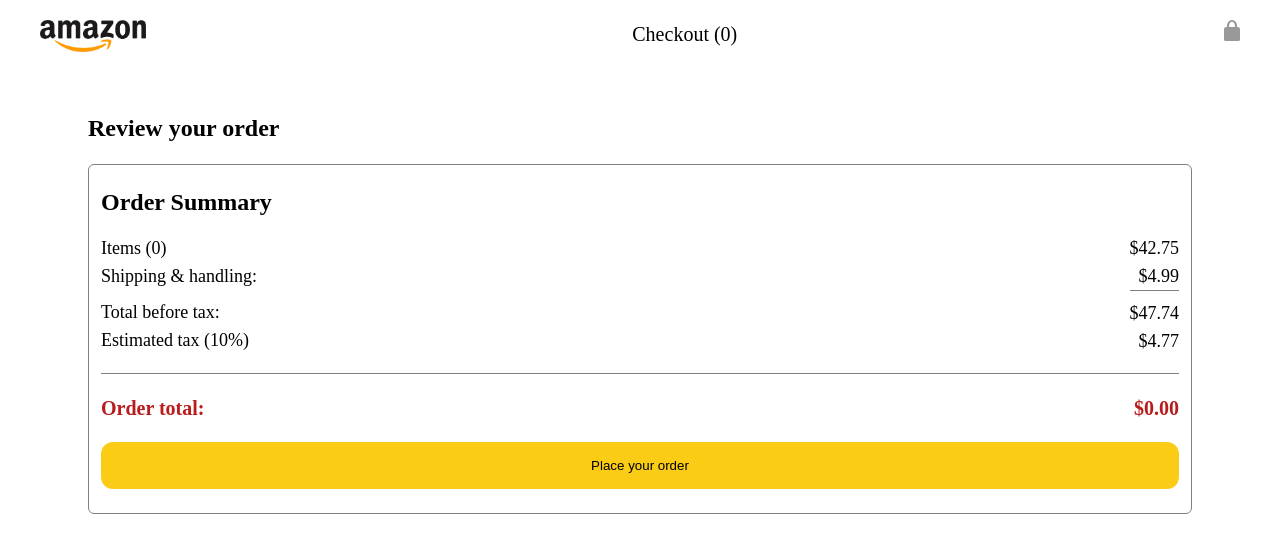
Repository: IssaMuiz/AmazonClone
Page: /Checkout
These files come from the project's save history. The page is drawn as it stood at one moment and after the next save; the edit follows.
The browser window is 1280 px wide. The pictures show the whole page.
The project was rebuilt for these pictures with package versions that can differ from the ones it lists, and the page was loaded fresh each time. Also part of the build but not shown: vite.config.js, src/Components/ProductContainer.jsx, src/Components/LeftNav.jsx, src/Components/MiddleNav.jsx, src/config/firebase.js, src/Components/RightNav.jsx, src/Components/Navbar.jsx, src/Components/ProductComponent.jsx and 2 more.

Above is the page before, as saved 2024-07-24 14:21:09.

After the next save:
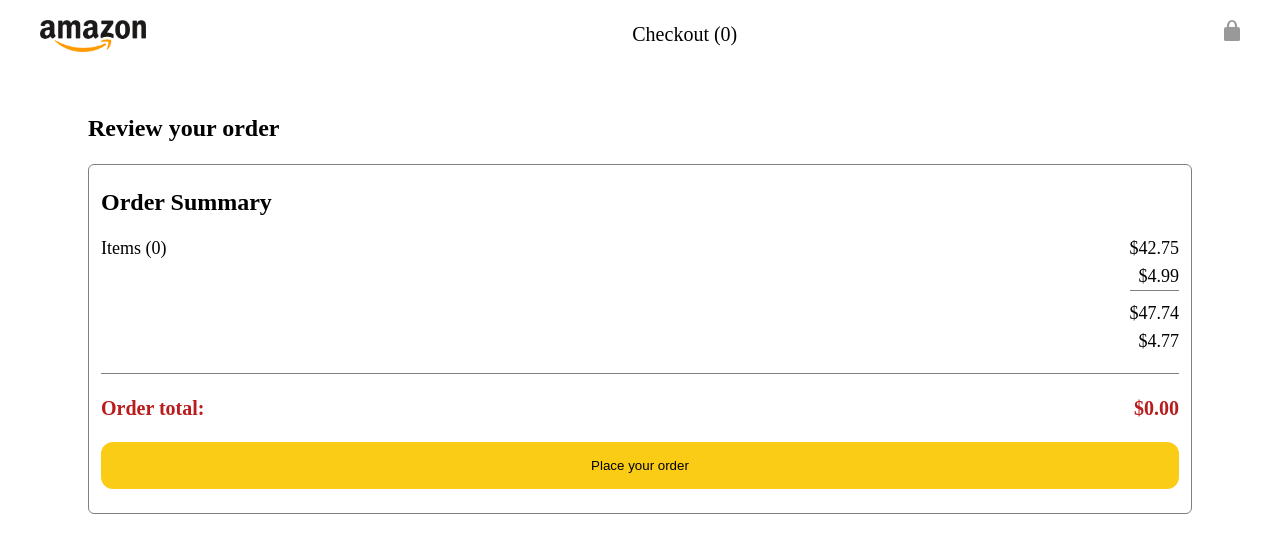
Saved 2 min 21 s later.
--- a/src/pages/Checkout.jsx
+++ b/src/pages/Checkout.jsx
@@ -36,9 +36,6 @@
             >
               <ul className="flex-col p-0 text-lg list-none">
                 <li>Items ({cartProduct.length})</li>
-                <li className="mb-2">Shipping & handling:</li>
-                <li>Total before tax:</li>
-                <li>Estimated tax (10%)</li>
               </ul>
               <ul className="text-end text-lg list-none">
                 <li>$42.75</li>
